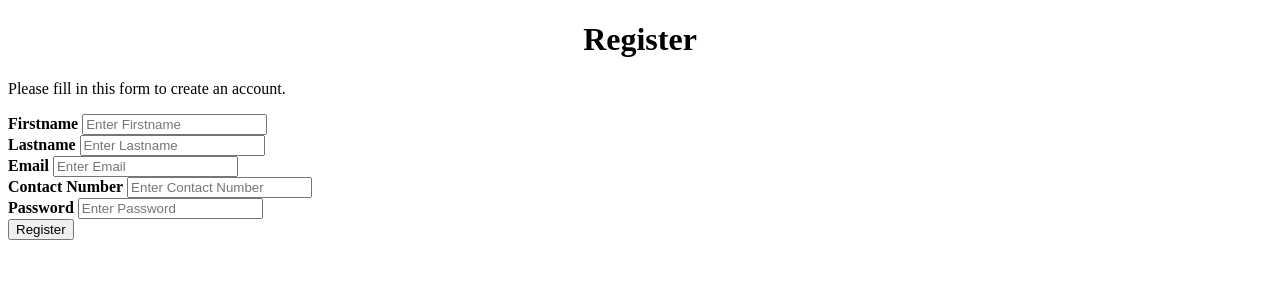
Repository: anmolvid/ServletProject
Page: LoginRegistrationApp/WebContent/Registration.html
The author's editor kept a copy of each file at every save. The page is drawn from the files as they stood at one save, then again after the next save.
The browser window is 1280 px wide. The pictures show the whole page.

Above is the page before, as saved 2019-01-22 11:23:13.

### LoginRegistrationApp/WebContent/Registration.html
<!DOCTYPE html>
<html>
<head>
<meta charset="UTF-8">
<title>Register</title>
</head>
<body>




<form method="post", action="login">

    <h1><center>Register</center></h1>
    <p>Please fill in this form to create an account.</p>


    <div>
    <ce><label for="firstname"><b>Firstname</b></label>
    <input type="text" placeholder="Enter Firstname" name="firstname" >
    </div>

    <label for="lastname"><b>Lastname</b></label>
    <input type="text" placeholder="Enter Lastname" name="lastname" >

    <div>

    <label for="email"><b>Email</b></label>
    <input type="text" placeholder="Enter Email" name="email" >

   </div>

    <label for="contactno"><b>Contact Number</b></label>
    <input type="text" placeholder="Enter Contact Number" name="email" >

    <div>

    <label for="psw"><b>Password</b></label>
    <input type="password" placeholder="Enter Password" name="psw" >
</div>

   </div>


    <button type="submit" class="registerbtn">Register</button>


  <div class="container signin">

  </div>
</form>

After the next save:
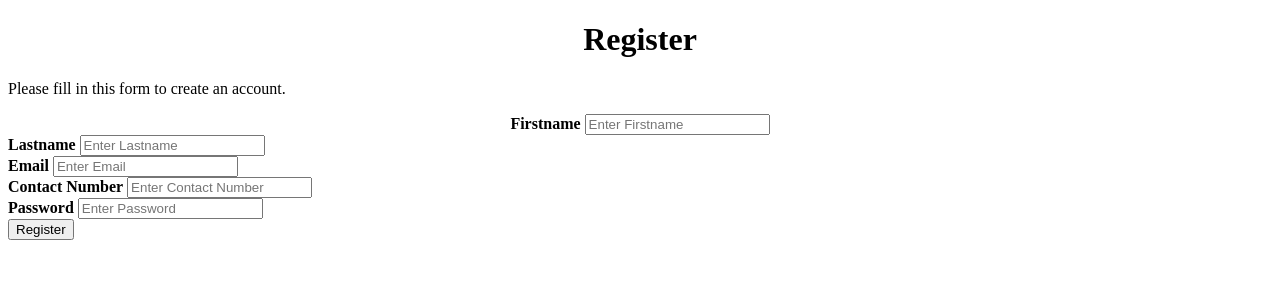
Saved 2 min 53 s later.
--- a/LoginRegistrationApp/WebContent/Registration.html
+++ b/LoginRegistrationApp/WebContent/Registration.html
@@ -15,10 +15,10 @@
     <p>Please fill in this form to create an account.</p>
 
 
-    <div>
-    <ce><label for="firstname"><b>Firstname</b></label>
+    <div><center>
+    <label for="firstname"><b>Firstname</b></label>
     <input type="text" placeholder="Enter Firstname" name="firstname" >
-    </div>
+    </div></center>
 
     <label for="lastname"><b>Lastname</b></label>
     <input type="text" placeholder="Enter Lastname" name="lastname" >
